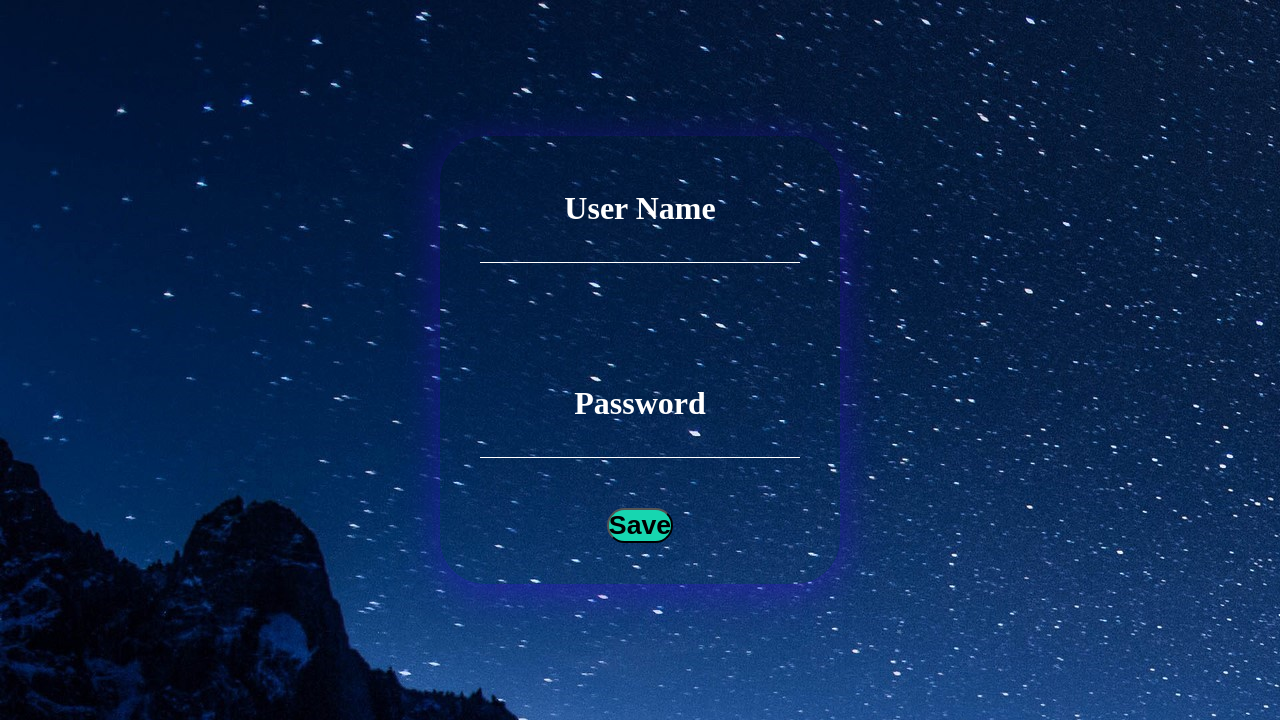
Repository: rkrukshan/Glass_Login_CSS
Page: login.html
The author's editor kept a copy of each file at every save. The page is drawn from the files as they stood at one save, then again after a run of saves.
The browser window is 1280 px wide. The pictures show the whole page.

Above is the page before, as saved 2023-10-03 20:28:38.

After the next 2 saves:
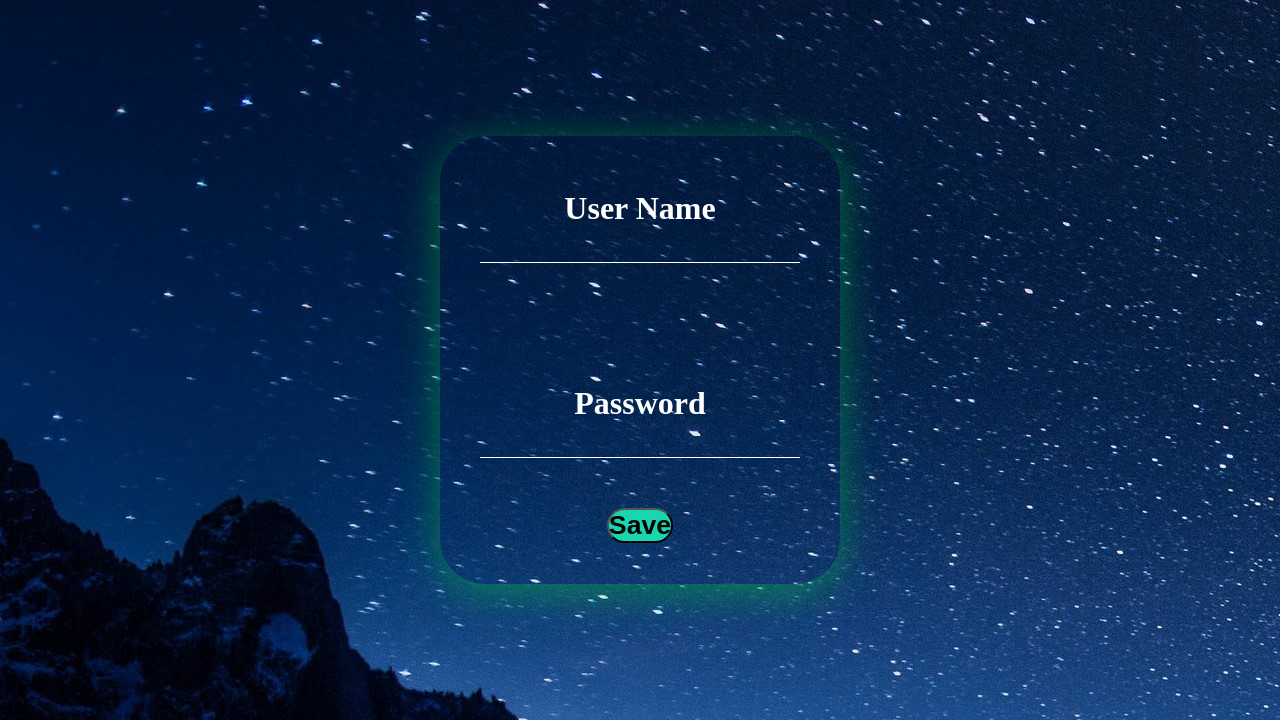
The 2 saves are shown as one change because they came seconds apart.
The last was saved 8 s later.
--- a/login.html
+++ b/login.html
@@ -22,7 +22,7 @@
             width: 25rem;
             height: 28rem;
             flex-direction: column;
-            box-shadow: 0 8px 41px 0 rgba(72, 0, 255, 0.37);
+            box-shadow: 0 8px 41px 0 rgba(0, 254, 59, 0.37);
             border-radius: 45px;
             background: transparent;
         }
